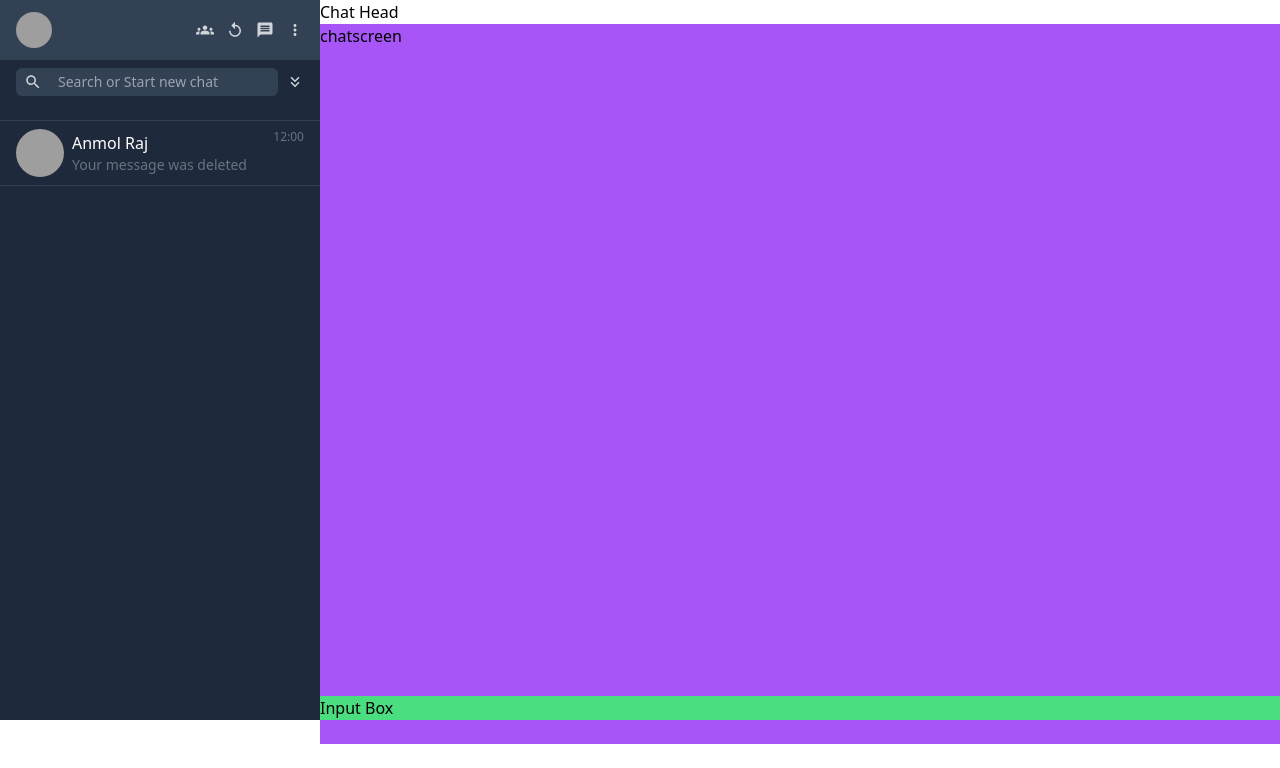
Repository: theanmol-raj/whatsapp
Page: /
An editor plug-in stored every save of this project. The page is shown before and after the next save, followed by the edit.
The browser window is 1280 px wide. The pictures show the whole page.
Pictures or frames that could not be fetched are drawn as grey boxes. The project was rebuilt for these pictures with package versions that can differ from the ones it lists, and the page was loaded fresh each time.

Above is the page before, as saved 2022-12-03 22:08:30.

### src/index.js
import React from 'react';
import ReactDOM from 'react-dom/client';
import './index.css';
import App from './App';






const root = ReactDOM.createRoot(document.getElementById('root'));

root.render(
  <App />
);

### src/App.js
import Homescreen from "./Screens/Homescreen";

function App() {

  return (
    <div className="h-screen w-screen bg-slate-900">
      <Homescreen />
      {/* LoginScreen */}
    </div>
  );
}

export default App;

### src/Screens/Homescreen.jsx
import React from 'react'
import ChatScreen from '../Components/ChatScreen'
import ContactList from '../Components/ContactList'

function Homescreen() {
  return (
    <div className=' w-full max-w-[95rem] grid grid-cols-4 h-screen bg-red-500 mx-auto'>
        {/* Contact List */}
            <ContactList />
        {/* Message Box */}
            <ChatScreen />

    </div>
  )
}

export default Homescreen

### src/Components/ChatScreen.jsx
import React from 'react'

function ChatScreen() {
  return (
    <div className=' bg-yellow-400 col-span-3 relative'>
        <div className=' w-full bg-white sticky top-0'>
                Chat Head
        </div>
        <div className=' h-full bg-purple-500'>
                chatscreen
        </div>
        <div className=' w-full sticky bottom-0 bg-green-400'>
                Input Box
        </div>
    </div>
  )
}

export default ChatScreen

### src/Components/ContactList.jsx
import React from 'react'
import GroupsIcon from '@mui/icons-material/Groups';
import ReplayIcon from '@mui/icons-material/Replay';
import MessageIcon from '@mui/icons-material/Message';
import MoreVertIcon from '@mui/icons-material/MoreVert';
import KeyboardDoubleArrowDownIcon from '@mui/icons-material/KeyboardDoubleArrowDown';
import SearchIcon from '@mui/icons-material/Search';
import ContactCard from './ContactCard';


function ContactList() {
  return (
    <div className=' bg-slate-800'>
      <div className=' flex justify-between items-center p-3 px-4 bg-slate-700'>
        <img className=' rounded-full h-9 w-9' alt='' src="https://pps.whatsapp.net/v/t61.24694-24/158723607_419193396439292_5955373819812020282_n.jpg?stp=dst-jpg_s96x96&ccb=11-4&oh=01_AdRKjHR9ktMhs2HrAksQulr5trvWOTtpB53hlyDh0ZECbw&oe=63986EC2" />
        <div className=' flex text-gray-300 text-lg space-x-3'>
          <GroupsIcon fontSize='inherit' />
          <ReplayIcon fontSize='inherit' />
          <MessageIcon fontSize='inherit' />
          <MoreVertIcon fontSize='inherit' />
        </div>

      </div>
      <div className=' flex items-center text-gray-300 px-4 py-2 text-lg space-x-2'>
        <div className='flex items-center w-full bg-slate-700 space-x-4 px-2 py-1 rounded-md'>
          <SearchIcon fontSize='inherit' />
          <input placeholder='Search or Start new chat' className=' bg-transparent text-sm w-full' />
        </div>
        <KeyboardDoubleArrowDownIcon fontSize='inherit' />
      </div>

      <div className='mt-4'>
        <ContactCard />
      </div>

    </div>
  )
}

export default ContactList

### src/Components/ContactCard.jsx
import React from 'react'

function ContactCard() {
  return (
    <div className='text-gray-500 border-y py-2 border-slate-700 text-sm'>
        <div className=' flex justify-between mx-4'>
            <div className=' flex space-x-2 items-center'>
                <img className=' rounded-full h-12 w-12' alt='' src="https://pps.whatsapp.net/v/t61.24694-24/158723607_419193396439292_5955373819812020282_n.jpg?stp=dst-jpg_s96x96&ccb=11-4&oh=01_AdRKjHR9ktMhs2HrAksQulr5trvWOTtpB53hlyDh0ZECbw&oe=63986EC2" />
                <div>
                    <p className=' text-white text-base'>Anmol Raj</p>
                    <p> Your message was deleted</p>
                </div>
            </div>
            <div>
                <p className='text-xs '>12:00</p>
            </div>
        </div>
    </div>
  )
}

export default ContactCard

Loaded but not shown: public/index.html (common file); src/index.css (common file); tailwind.config.js (common file)

After the next save:
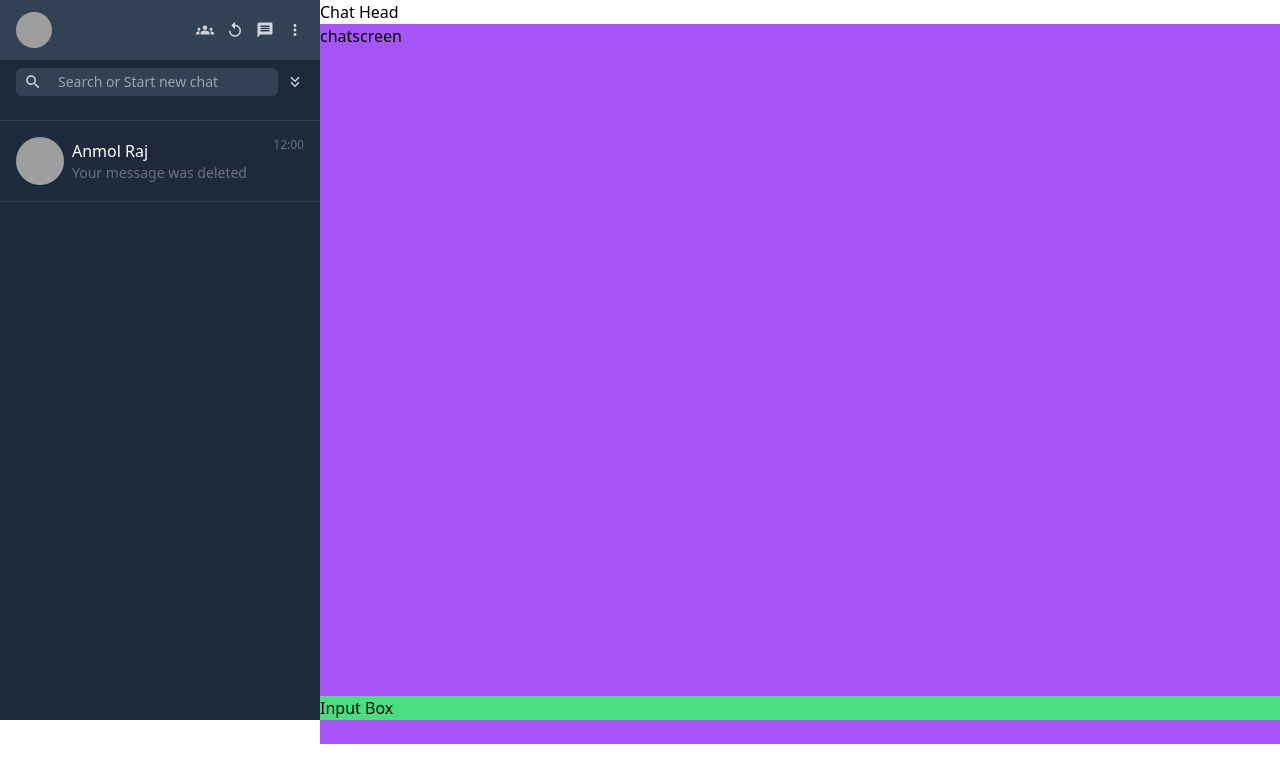
Saved 5 s later.
--- a/src/Components/ContactCard.jsx
+++ b/src/Components/ContactCard.jsx
@@ -2,7 +2,7 @@ import React from 'react'
 
 function ContactCard() {
   return (
-    <div className='text-gray-500 border-y py-2 border-slate-700 text-sm'>
+    <div className='text-gray-500 border-y py-4 border-slate-700 text-sm'>
         <div className=' flex justify-between mx-4'>
             <div className=' flex space-x-2 items-center'>
                 <img className=' rounded-full h-12 w-12' alt='' src="https://pps.whatsapp.net/v/t61.24694-24/158723607_419193396439292_5955373819812020282_n.jpg?stp=dst-jpg_s96x96&ccb=11-4&oh=01_AdRKjHR9ktMhs2HrAksQulr5trvWOTtpB53hlyDh0ZECbw&oe=63986EC2" />
